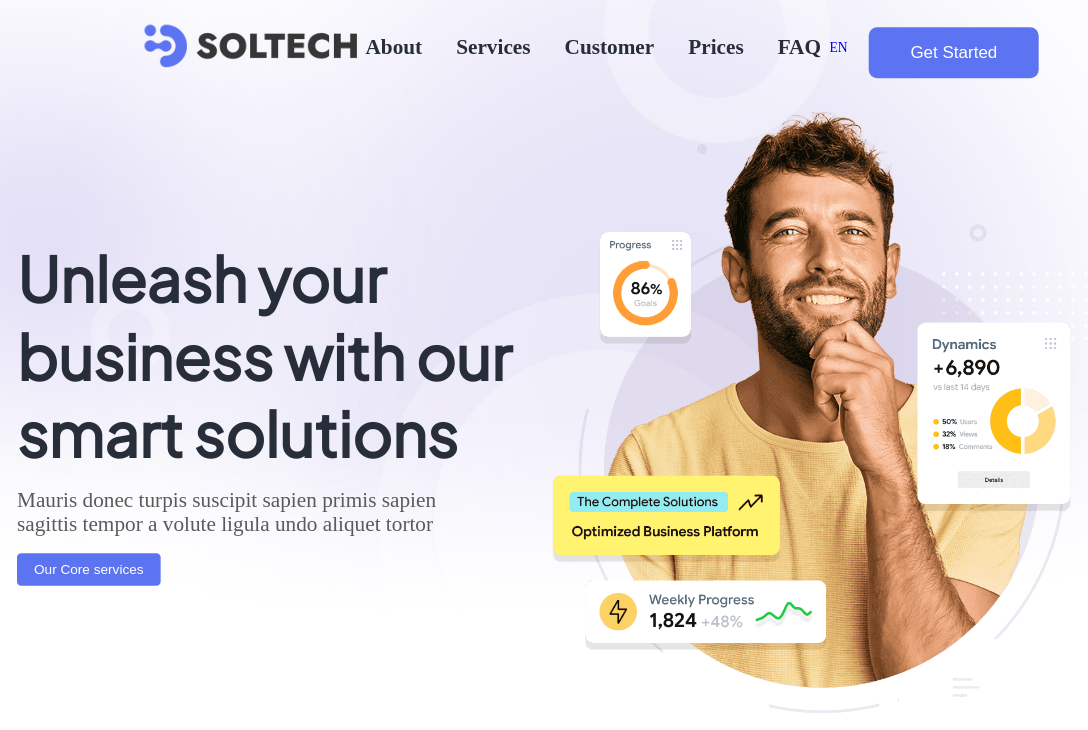
Repository: md-rabbi-hossain/Soltech-html
Page: index.html
An editor plug-in stored every save of this project. The page is shown before and after the next save, followed by the edit.
The browser window is 1280 px wide. The pictures show the whole page, at 85% of full size.

Above is the page before, as saved 2025-01-08 14:58:09.

### index.html
<!DOCTYPE html>
<html lang="en">
  <head>
    <meta charset="UTF-8" />
    <meta name="viewport" content="width=device-width, initial-scale=1.0" />
    <link rel="stylesheet" href="Css/style.css" />
    <title>Soltech</title>
  </head>
  <body>
    <header class="main-container">
      <div class="">
        <nav>
          <div class="logo">
            <img src="image/logo-1.png" alt="Logo" />
          </div>
          <ul class="menu">
            <li class="dropdown">
              <a href="#">About</a>
              <ul class="dropdown-menu">
                <li><a href="#">Our Team</a></li>
                <li><a href="#">Our Mission</a></li>
                <li><a href="#">History</a></li>
              </ul>
            </li>
            <li><a href="#">Services</a></li>
            <li><a href="#">Customer</a></li>
            <li><a href="#">Prices</a></li>
            <li><a href="#">FAQ</a></li>
          </ul>
          <div class="actions">
            <div class="dropdown">
              <li><a href="#">EN</a></li>
              <ul class="dropdown-menu">
                <li><a href="#">English</a></li>
                <li><a href="#">Spanish</a></li>
              </ul>
            </div>
            <button class="get-started">Get Started</button>
          </div>
        </nav>
        <!-- Navbar end here  -->
        <!-- hero start here  -->
        <div class="hero-parents container">
          <div class="left-side">
            <div class="content">
              <h1>Unleash your business with our smart solutions</h1>
              <p>
                Mauris donec turpis suscipit sapien primis sapien sagittis
                tempor a volute ligula undo aliquet tortor
              </p>
              <div>
                <button>Our Core services</button>
              </div>
            </div>
          </div>
          <div class="right">
            <img src="/image/hero-right.png" alt="" />
          </div>
        </div>
      </div>
    </header>
    <script src="/Js/Script.js"></script>
  </body>
</html>

### Css/style.css
* {
  margin: 0;
  padding: 0;
  box-sizing: border-box;
}
html {
  scroll-behavior: smooth;
}
@font-face {
  font-family: Inter;
  src: url("/Font/Inter_24pt-Regular.ttf") format("woff2");
  src: url("/Font/Inter_24pt-Regular.ttf") format("woff");
  src: url("/Font/Inter_24pt-Regular.ttf") format("truetype");
  font-weight: normal;
  font-style: normal;
}
@font-face {
  font-family: Jakarta;
  src: url("/Font/PlusJakartaSans-Regular.ttf") format("woff2");
  src: url("/Font/PlusJakartaSans-Regular.ttf") format("woff");
  src: url("/Font/PlusJakartaSans-Regular.ttf") format("truetype");
  font-weight: normal;
  font-style: normal;
}
.main-container {
  max-width: 100%;
  height: 100vh;
  background-image: url("/image/hero-1.jpg");
  background-size: cover;
  background-repeat: no-repeat;
}
.container {
  max-width: 1400px;
  display: block;
  margin: 0 auto;
  padding: 25px;
}

li {
  list-style: none;
}
li a {
  text-decoration: none;
}
/* General Styles */

nav {
  display: flex;
  justify-content: space-between;
  align-items: center;
  padding-left: 170px;
  padding-right: 150px;
  padding-top: 20px;
  padding-bottom: 20px;
  position: relative;
  transition: all 0.3s ease;
  z-index: 1000;
}

nav.sticky {
  background-color: rgba(253, 253, 254, 0.8);
  position: sticky;
  backdrop-filter: blur(10px);
  top: 0;
  box-shadow: 0 4px 6px rgba(0, 0, 0, 0.1); /* Add a shadow effect for better visibility */
}

.logo img {
  max-height: 50px;
}
.menu {
  display: flex;
  list-style: none;
  gap: 20px;
}
.menu li {
  position: relative;
}
.menu a {
  text-decoration: none;
  font-size: 25px;
  color: #282d3a;
  font-weight: bold;
  padding: 5px 10px;
}

/* Dropdown Styles */
.dropdown:hover .dropdown-menu {
  display: block;
}

.dropdown-menu {
  display: none;
  position: absolute;
  background: #fff;
  box-shadow: 0 4px 6px rgba(0, 0, 0, 0.1);
  border-radius: 5px;
  margin-top: 10px;
  list-style: none;
  padding: 10px 0;
}

.dropdown-menu li {
  padding: 5px 20px;
}

.dropdown-menu li a {
  color: #282d3a;
}

.dropdown-menu li:hover {
  background: #f1f1f1;
}

/* Actions Section */
.actions {
  display: flex;
  align-items: center;
  gap: 20px;
}

.get-started {
  background: #5d74f2;
  color: #fff;
  font-size: 20px;
  line-height: 28px;
  padding: 6px 22px 8px;
  margin: 12px 5px 0;
  border: none;
  border-radius: 10px;
  width: 200px;
  height: 60px;
  cursor: pointer;
  transition: 0.5s;
}

.get-started:hover {
  background: #f2f0fb;
  border: 1px solid black;
  color: #585f6e;
}

/* General Hero Section Styles */
.hero-parents {
  display: flex;
  justify-content: space-between; /* Ensure space between the two sections */
  align-items: center; /* Vertically align items */
  gap: 20px; /* Optional: Adjust spacing between sections */
  padding: 20px; /* Add some padding for spacing */
}

/* Left Side */
.left-side {
  flex: 1; /* Make the left side take up equal space as the right */
}

.left-side h1 {
  font-size: 4.5rem;
  color: #282d3a;
  margin-bottom: 20px;
  font-family: Jakarta;
}

.left-side p {
  font-size: 25px;
  width: 500px;
  color: #5a5a5a; /* Subtle color for the paragraph text */
  margin-bottom: 20px;
}

.left-side button {
  background: #5d74f2;
  color: white;
  font-size: 1rem;
  padding: 10px 20px;
  border: none;
  border-radius: 5px;
  cursor: pointer;
}

.left-side button:hover {
  background: #4b62d8;
}

/* Right Side */
.right {
  flex: 1; /* Make the right side take up equal space as the left */
  display: flex;
  justify-content: center; /* Center the image horizontally */
  align-items: center; /* Center the image vertically */
}

.right img {
  max-width: 100%; /* Ensure the image doesn't exceed its container */
  height: auto; /* Maintain the aspect ratio */
  object-fit: contain;
}

### Js/Script.js
// JavaScript to add/remove the sticky class when scrolling
window.onscroll = function () {
  let navbar = document.querySelector("nav");
  if (window.pageYOffset > 0) {
    navbar.classList.add("sticky");
  } else {
    navbar.classList.remove("sticky");
  }
};

After the next save:
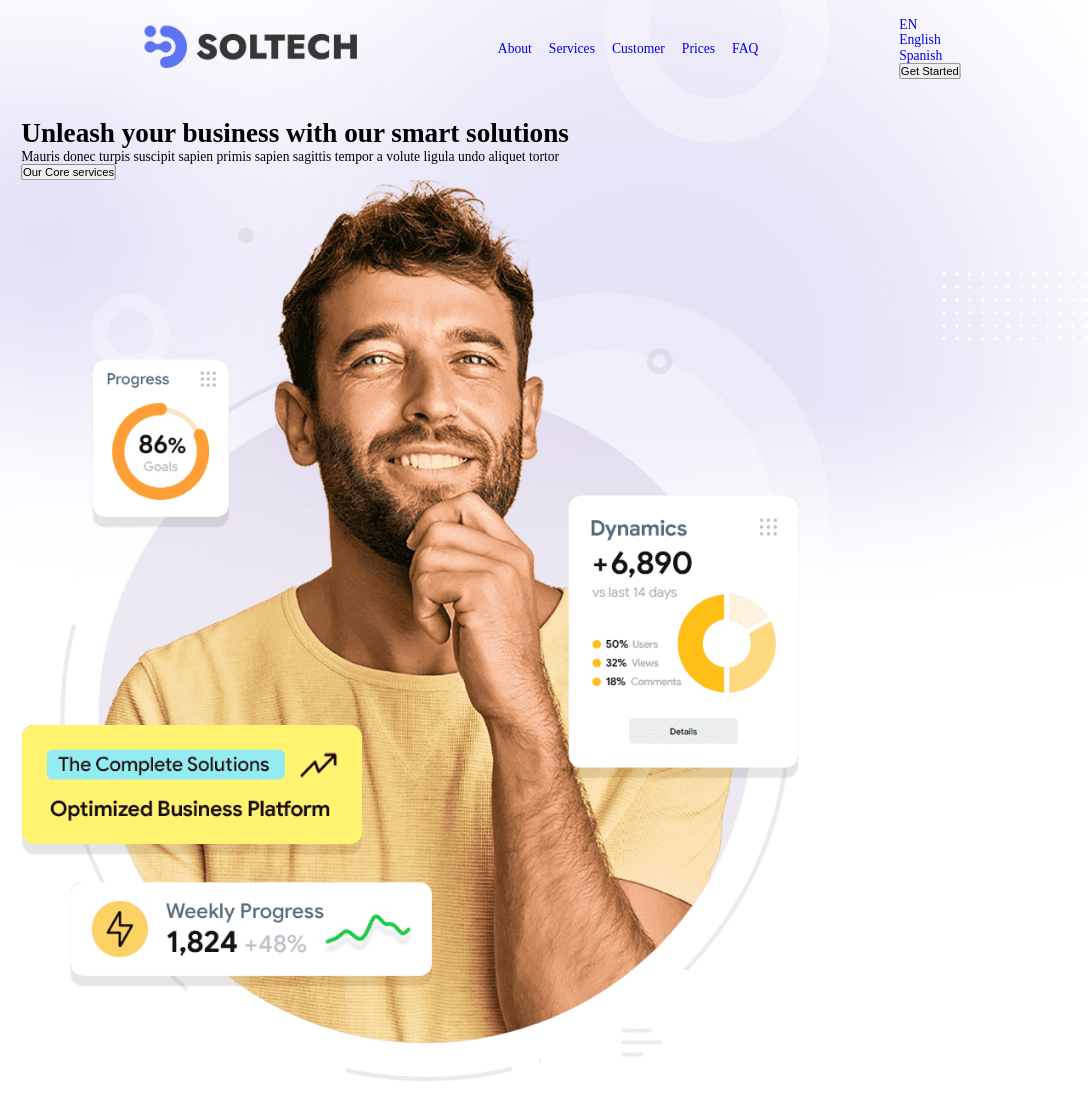
Saved 77 s later.
--- a/Css/style.css
+++ b/Css/style.css
@@ -72,10 +72,7 @@
   display: flex;
   list-style: none;
   gap: 20px;
-}
-.menu li {
-  position: relative;
-}
+
 .menu a {
   text-decoration: none;
   font-size: 25px;

After the save that followed:
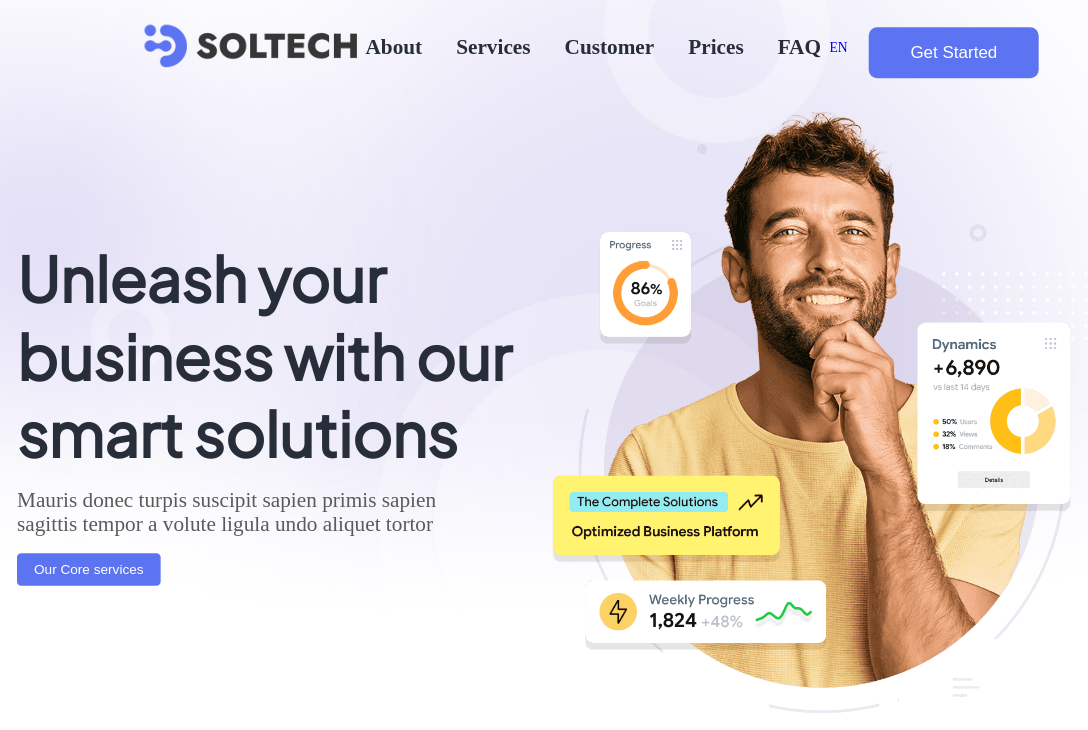
Saved 17 s later.
--- a/Css/style.css
+++ b/Css/style.css
@@ -52,6 +52,7 @@
   padding-right: 150px;
   padding-top: 20px;
   padding-bottom: 20px;
+
   position: relative;
   transition: all 0.3s ease;
   z-index: 1000;
@@ -72,7 +73,10 @@
   display: flex;
   list-style: none;
   gap: 20px;
-
+}
+.menu li {
+  position: relative;
+}
 .menu a {
   text-decoration: none;
   font-size: 25px;
